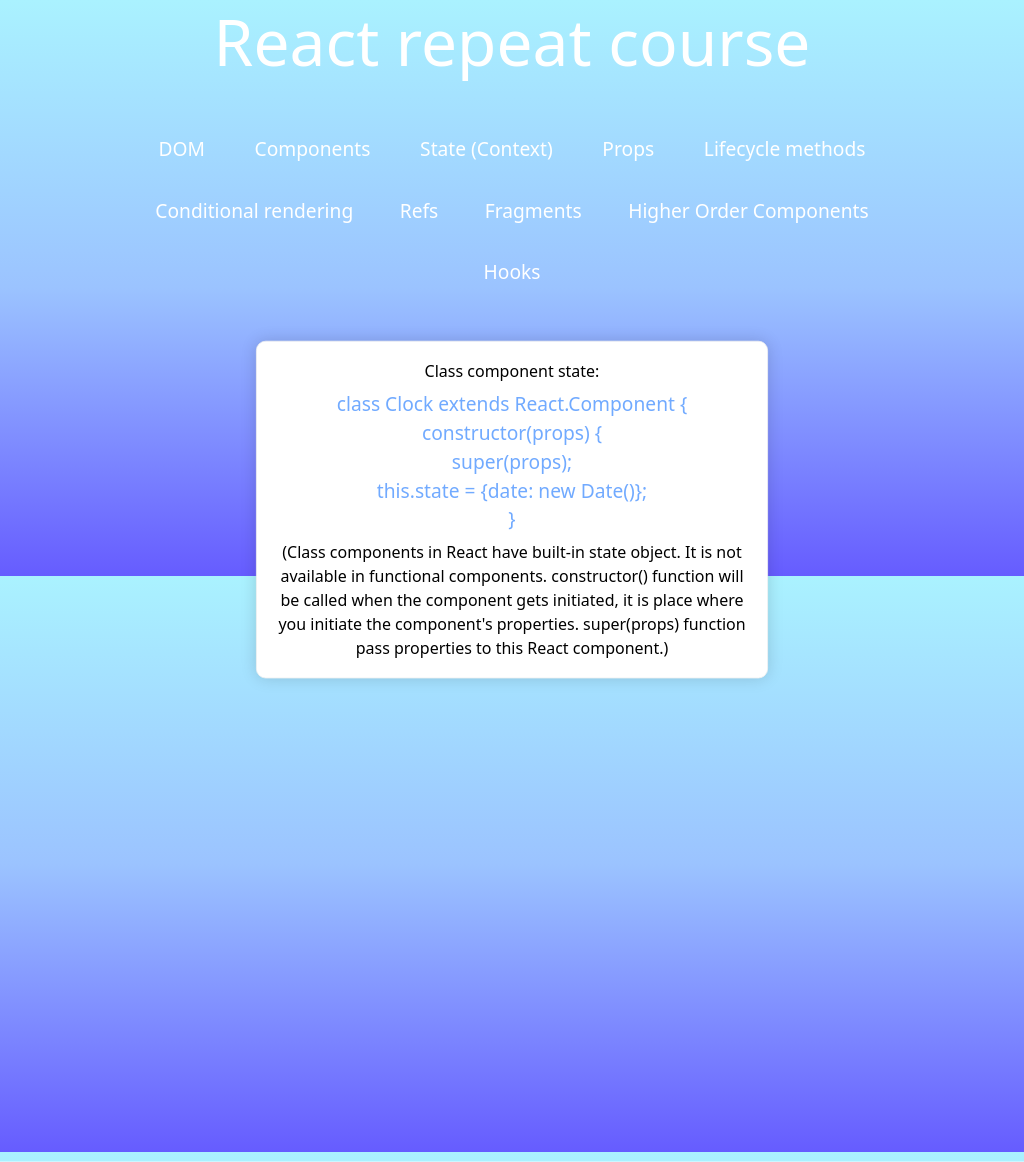
Repository: michalgornicki/github
Page: /#/State
These files come from the project's save history. The page is drawn as it stood at one moment and after a run of saves; the edit follows.
The browser window is 1280 px wide. The pictures show the whole page, at 80% of full size.
Backgrounds fixed to the window are drawn as part of the page. The project was rebuilt for these pictures with package versions that can differ from the ones it lists, and the page was loaded fresh each time. Also part of the build but not shown: src/components/dom.jsx, src/components/components.jsx, src/components/props.jsx, src/components/lifecycle.jsx, src/components/conditional.jsx, src/components/refs.jsx, src/components/fragments.jsx, src/components/hoc.jsx and 1 more.

Above is the page before, as saved 2022-02-07 12:52:32.

After the next 4 saves:
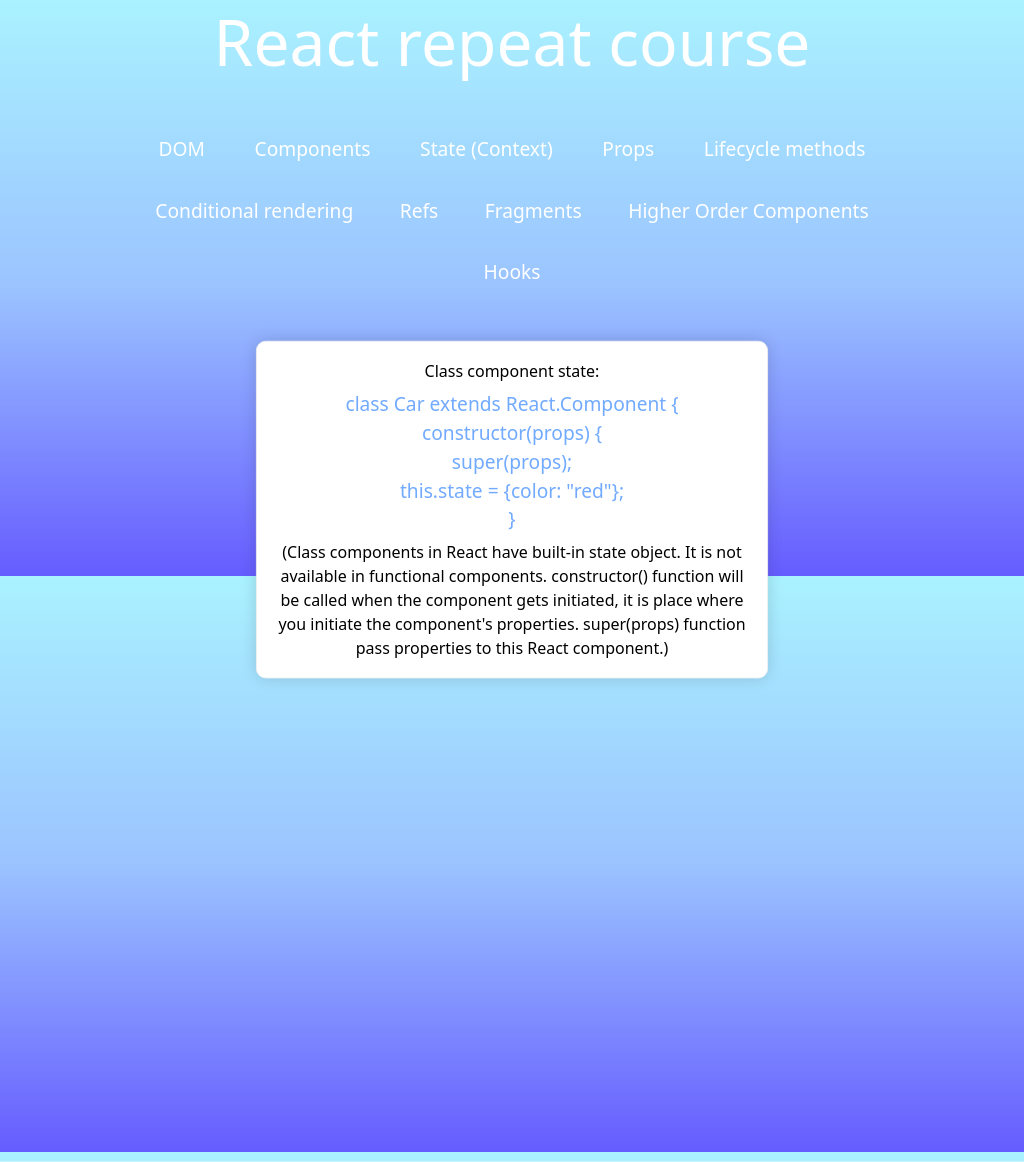
The 4 saves are shown as one change because they came seconds apart.
The last was saved 59 s later.
--- a/src/components/state.jsx
+++ b/src/components/state.jsx
@@ -5,10 +5,10 @@
         {" "}
         <div className="">Class component state: </div>
         <div className="text-color">
-          {`class Clock extends React.Component {`} <br />
+          {`class Car extends React.Component {`} <br />
           {`constructor(props) {`} <br />
           {`super(props);`}{" "} <br />
-          {`this.state = {date: new Date()};`}{" "} <br />
+          {`this.state = {color: "red"};`}{" "} <br />
           {`}`}{" "}
         </div>{" "}
         (Class components in React have built-in state object. It is not available in functional components. constructor() function will be called when the component gets initiated, it is place where you initiate the component's properties. super(props) function pass properties to this React component.)
